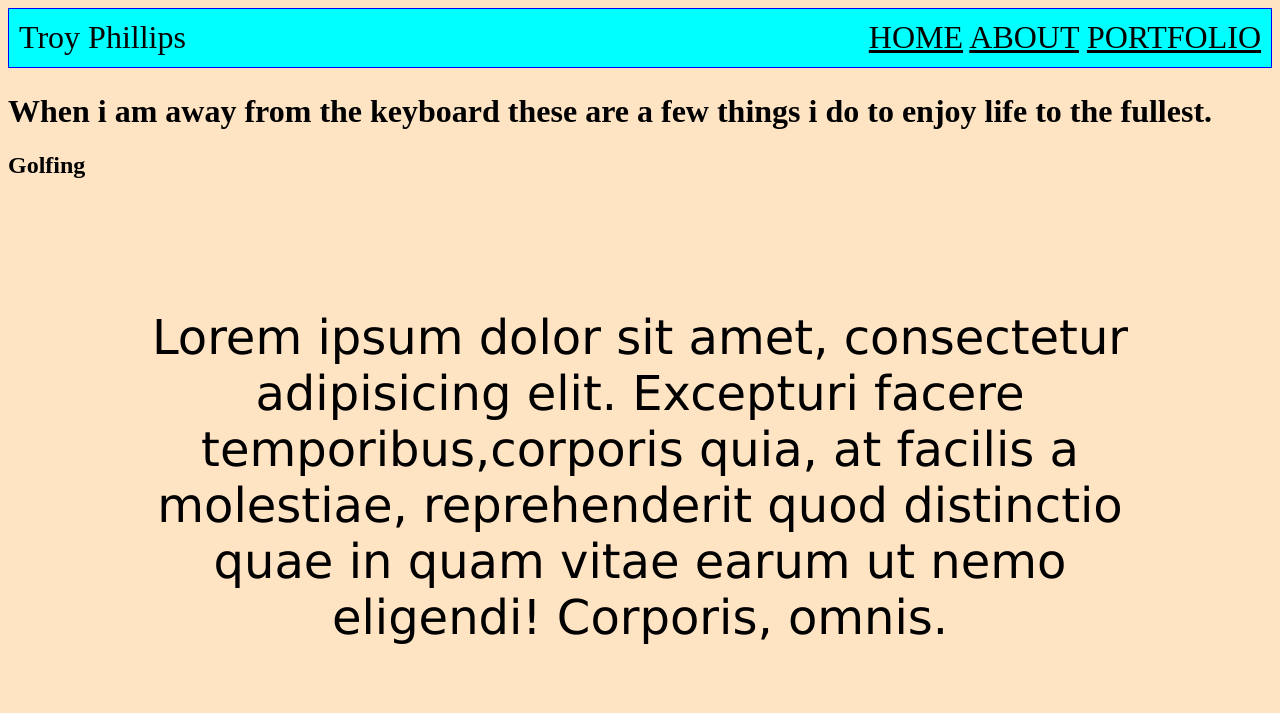
Repository: TheTroyPhillips/Personal-website
Page: about.html
The author's editor kept a copy of each file at every save. The page is drawn from the files as they stood at one save, then again after a run of saves.
The browser window is 1280 px wide. The pictures show the whole page.

Above is the page before, as saved 2023-09-10 22:20:28.

After the next 2 saves:
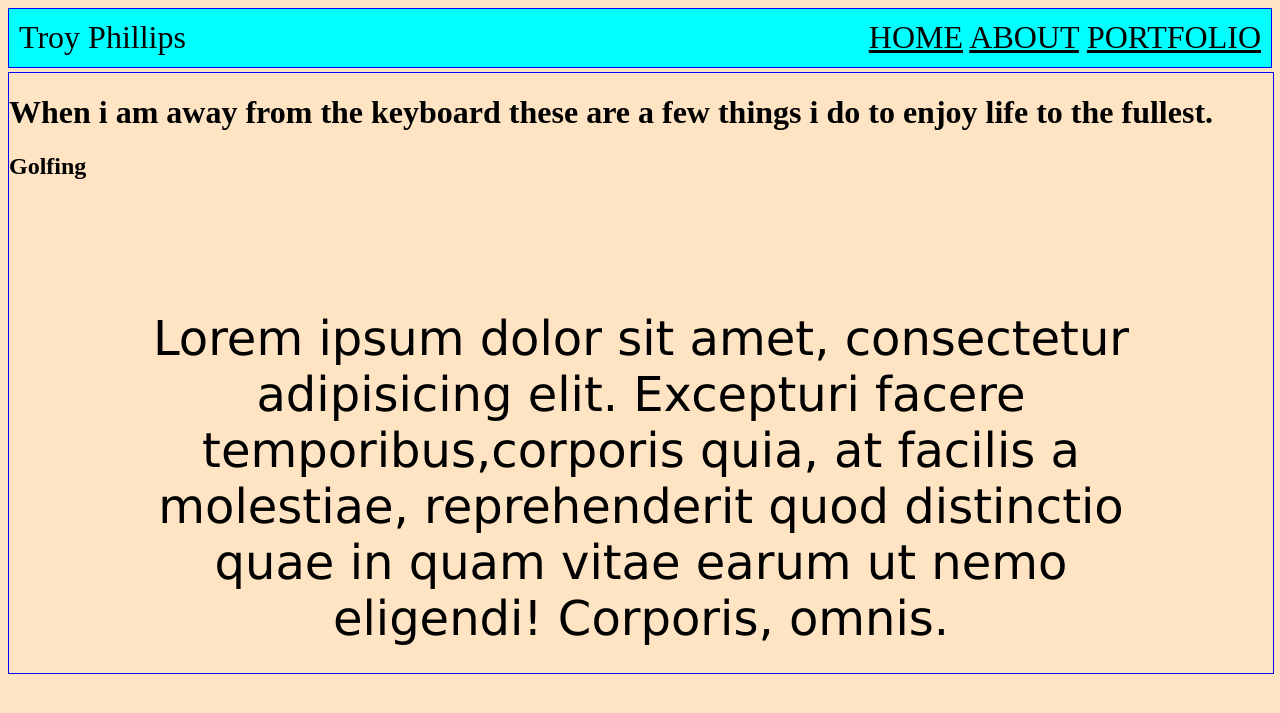
The 2 saves are shown as one change because they came seconds apart.
The last was saved 12 s later.
--- a/style.css
+++ b/style.css
@@ -10,7 +10,7 @@
 .childb{
     width: 100%;
     height: 600px;
-    border
+    border: 1px solid blue
 }
 .myname{
     float: left;
